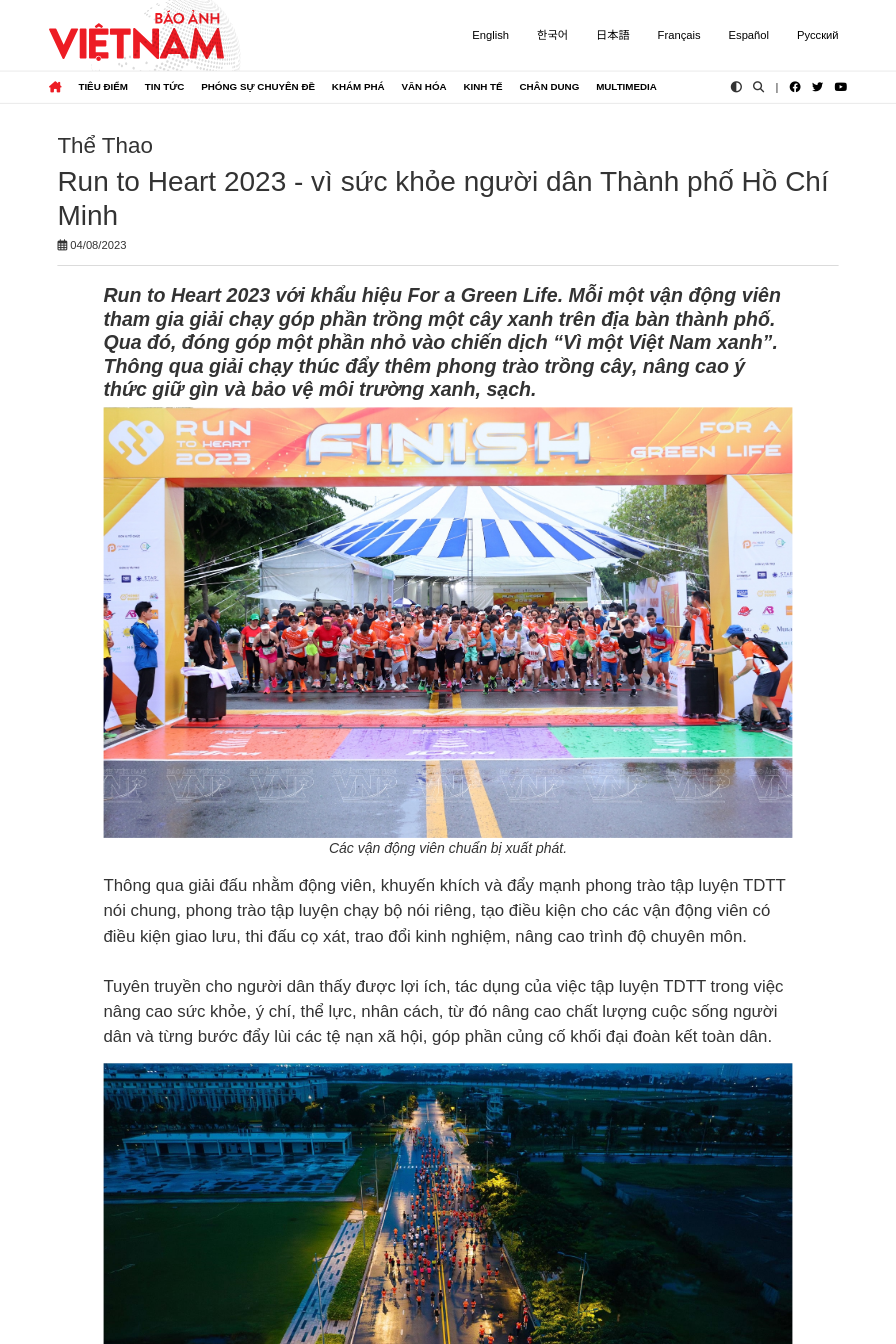
Repository: kietdotshp/webtintuc
Page: Detail.html
These files come from the project's save history. The page is drawn as it stood at one moment and after the next save; the edit follows.
The browser window is 1280 px wide. The pictures show the part of the page from y = 0 to 1920 px (the page is 10231 px tall before and 10352 px after), at 70% of full size.
A picture or video elsewhere on the page could not be fetched, so the positions and the page height are approximate. Some web libraries are served in a nearby version.

Above is the page before, as saved 2023-08-16 14:03:08.

After the next save:
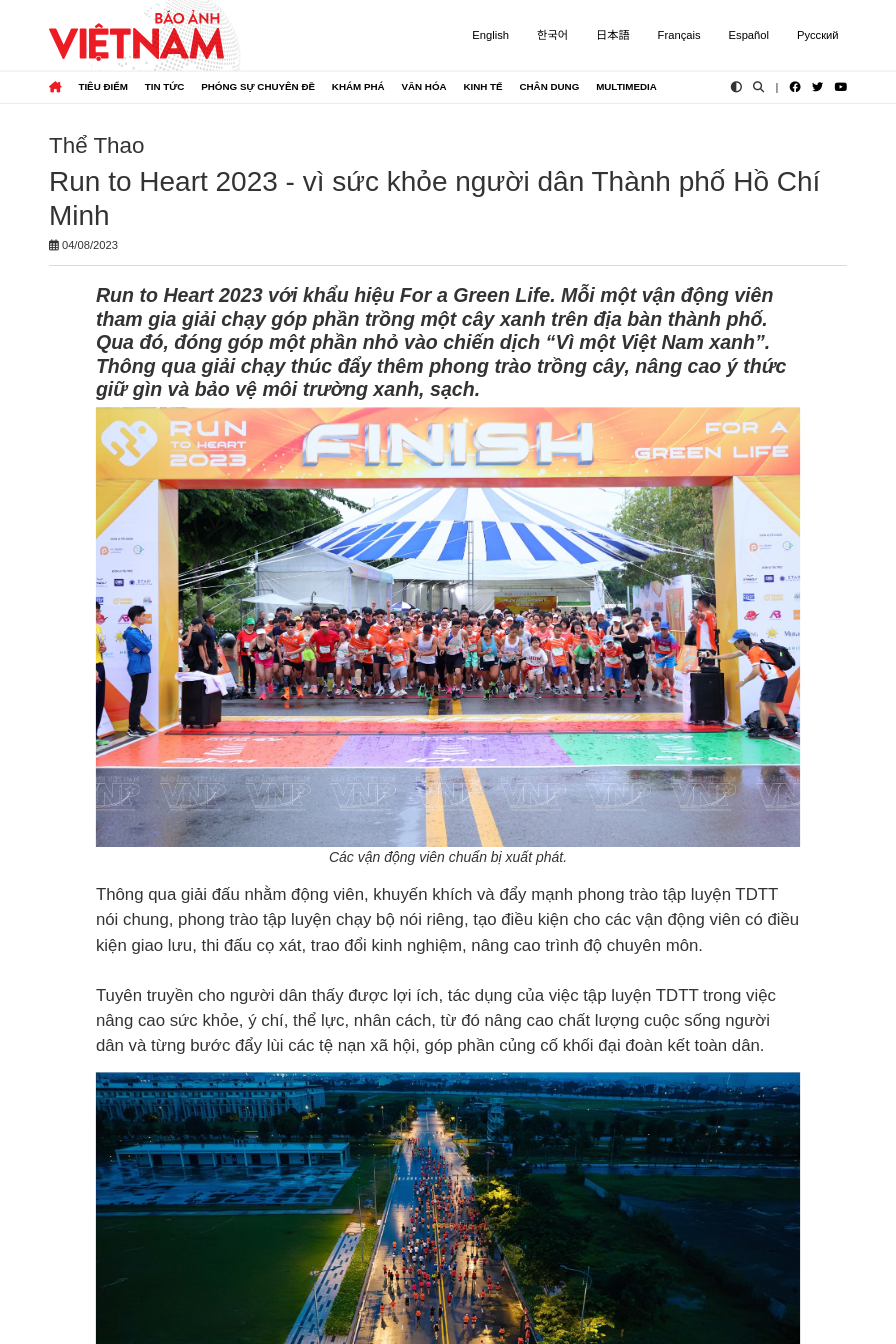
Saved 40 s later.
--- a/Detail.html
+++ b/Detail.html
@@ -94,7 +94,7 @@
   <div class="line-seperate-horizontal"></div>
 
   <main>
-    <div class="container">
+    <div class="container-custom">
       <div class="detailmenu">
         <h2>
           <link href="#" target="kiểu mở liên kết">Thể Thao</link>
